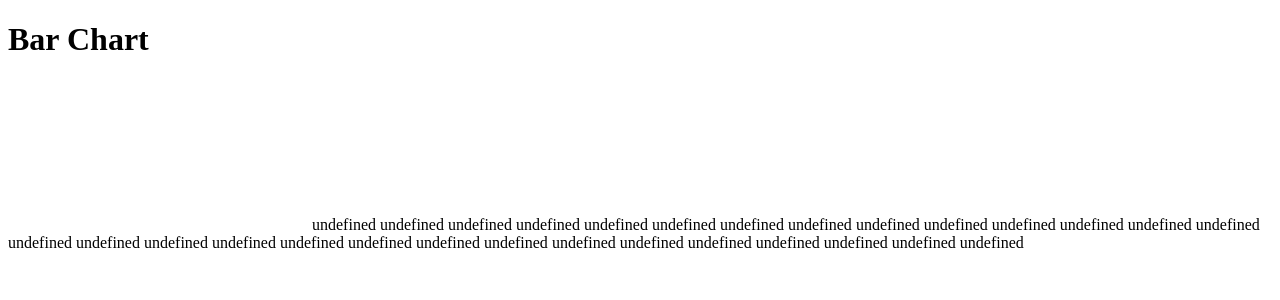
Repository: komalharjani/d3js-visualisation
Page: index.html
These files come from the project's save history. The page is drawn as it stood at one moment and after the next save; the edit follows.
The browser window is 1280 px wide. The pictures show the whole page.

Above is the page before, as saved 2020-04-29 13:37:31.

### index.html
<!DOCTYPE html>
<html lang="en">
<head>
    <meta charset="UTF-8">
    <meta name="viewport" content="width=device-width, initial-scale=1.0">
    <title>Information Visualisation Practical 3</title>
</head>
<body>

    <div id="my_dataviz"></div>
    <h1>Bar Chart</h1>
    <svg class="bar-chart"></svg>
</body>
<script src="https://d3js.org/d3.v5.min.js"></script>
<script src="index.js"></script>
</html>

### index.js

let dataPath = "data/energy.csv";
d3.csv(dataPath)
        .then(function (data) {

                /**
                 * Boundaries
                 */
                let dateBoundaries = d3.extent(data, function (d) {
                        return parseFloat(d.year);
                });

                let energyBoundaries = d3.extent(data, function (d) {
                        return parseFloat(d.amount);
                });

                //Averages (rollup example)
                var energyAvgType = d3.nest()
                        .key(function (d) {
                                return d.type;
                        })
                        .rollup(function (v) {
                                return d3.mean(v, function (d) {
                                        return d.amount;
                                });
                        })
                        .entries(data);

                /**
                 * Combined USTOTAL Energy Use split by year, type and energy source
                 */
                let usTotal = d3.nest()
                        .key(function (d) {
                                if (d.region == "Combined") { return d.year }
                        })
                        .key(function (d) {
                                return d.type;
                        })
                        .key(function (d) {
                                return d.energySrc;
                        })
                        .entries(data);
                usTotal.shift();
                console.log(usTotal);
                console.log(usTotal[0]);

                var body = d3.select("body")
                .selectAll("span")
                .data(usTotal)
                .enter()
                .append("span")
                .text(function(d) {
                        return d.value + "\n"});

                //INSERT BAR CHART HERE

        });

After the next save:
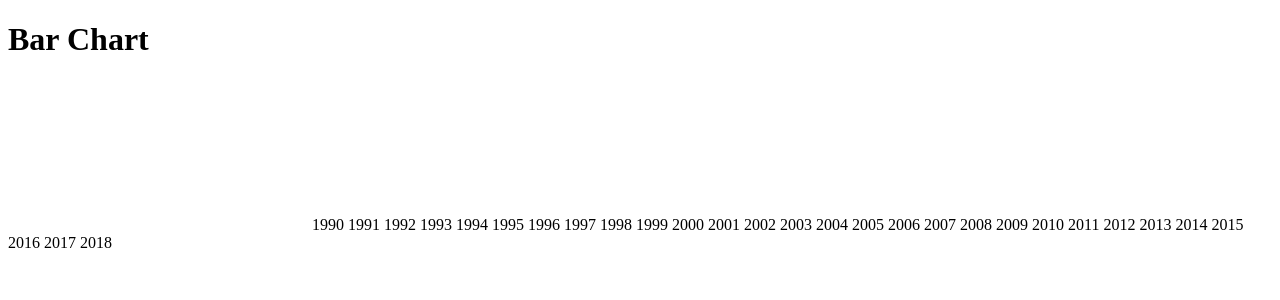
Saved 5 s later.
--- a/index.js
+++ b/index.js
@@ -50,7 +50,7 @@
                 .enter()
                 .append("span")
                 .text(function(d) {
-                        return d.value + "\n"});
+                        return d.key + "\n"});
 
                 //INSERT BAR CHART HERE
 
